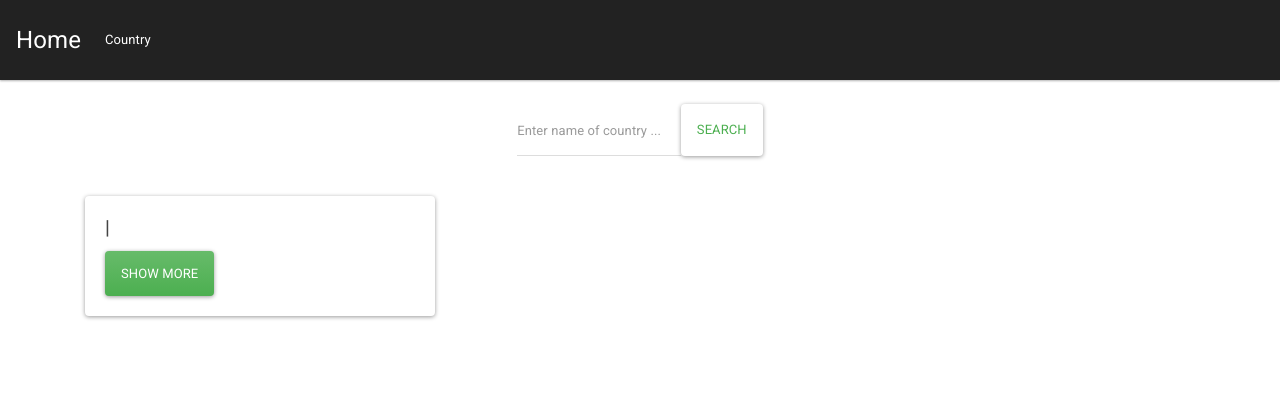
Repository: abdelhak-f/Countries_React
Page: / (app in client/)
The author's editor kept a copy of each file at every save. The page is drawn from the files as they stood at one save, then again after the next save.
The browser window is 1280 px wide. The pictures show the whole page.
The page's requests for data from a server got no answer. The project was rebuilt for these pictures with package versions that can differ from the ones it lists, and the page was loaded fresh each time. No one was signed in, and anything a server would have sent is missing. Also part of the build but not shown: client/src/components/countrys/ProfilCountry.jsx.

Above is the page before, as saved 2021-05-11 12:35:22.

### client/src/App.js
import  React from 'react';
import './App.css';
import Countries from  './components/AllCountries';
import  Navbar from './components/partials/Navbar';
import ProfileCountry from './components/countrys/ProfilCountry'
import { BrowserRouter as Router, Switch, Route} from 'react-router-dom';

function App() {
  return (
    <Router>
    <div className="App">
      <Navbar />
      <div className="container">
      <Switch>
       <Route exact path="/" component={Countries} />
       <Route path="/" component={ProfileCountry}/>
      {/* <ProfileCountry/>
      <Countries /> */}
    </Switch>
      </div>
    </div>
    </Router>
  );
}

export default App;

### client/src/components/AllCountries.jsx
import React, { Component } from 'react';
import  Country  from  './countrys/Country';
import SearchCountry from './countrys/SearchCountry';
import axios from 'axios';

class AllCountries extends Component  {

    constructor(props) {
        super(props)

        this.state = {
             countries: [
                 {

                 }
             ]
        }
    }
    getCountry = () => {
        axios.get(`https://restcountries.eu/rest/v2/all`)
                       .then(response => {
                           this.setState({
                            countries: response.data
                           })
                       })
    }
    componentDidMount() {
        this.getCountry()
    }
    searchCountry =( data) => {
         if(data != ''){
              axios.get(`https://restcountries.eu/rest/v2=${data}`)
              .then(response => {
                this.setState({
                  countries: response.data.items

                })
              })
         }
    }

  render() {
    return (
      <div>
          <div className="row   my-2">
              <div className="col-md-12">
       <SearchCountry getCountrySearch={this.searchCountry} />
              </div>
          </div>
          <div className="row">
        {this.state.countries.map (country => (
            <div className="col-md-4 mt-3 key={name.id}">
              <Country  country={country} />
               </div>
        ))}
        </div>
      </div>
    )
  }
}

export default AllCountries

### client/src/components/partials/Navbar.jsx
import React from 'react';
import { Link } from 'react-router-dom';

export default function Navbar() {
  return (
    <>
    <nav className="navbar navbar-expand-sm navbar-dark bg-dark">
        <Link className="navbar-brand" to="/">Home</Link>
        <button className="navbar-toggler d-lg-none" type="button" data-toggle="collapse" data-target="#collapsibleNavId" aria-controls="collapsibleNavId"
            aria-expanded="false" aria-label="Toggle navigation">
            <span className="navbar-toggler-icon"></span>
        </button>
        <div className="collapse navbar-collapse" id="collapsibleNavId">
            <ul className="navbar-nav mr-auto mt-2 mt-lg-0">
                <li className="nav-item active">
                    <a className="nav-link" href="#">Country <span className="sr-only">(current)</span></a>
                </li>
            </ul>

        </div>
    </nav>
    </>
  );
}

### client/src/components/countrys/Country.jsx
import React, { Component } from 'react';
import { Link } from 'react-router-dom';


  class Country extends Component{
    constructor(props) {
      super(props);
      this.state = {};
      console.log(props.data);
    }

  render() {
    return (
      <>
         <div className="card">
                   <img className="card-img-top" src= {this.props.country.flag}  alt="" />
                   <div className="card-body">
                   <h4 className="card-title">{this.props.country.alpha2Code} | {this.props.country.alpha3Code}</h4>
                       <p className="card-text">

                           <Link to={'/ProfilCountry/' +this.props.country.name} className="btn btn-success">show more</Link>

                           {/* <a href={this.props.country.regionalBlocs} className="btn btn-success ">profile</a> */}
                       </p>
                   </div>
                   </div>
      </>
    )
    }
  }


export default Country ;

### client/src/components/countrys/SearchCountry.jsx
// import React, { Component } from 'react'

// class SearchCountry extends Component {
//     state = {
//         search : ''
//     }
//     handleForm  = (e) => {
//         this.setState({
//             search:e.target.value
//         })
//     }

//     searchCountries= (e) => {
//         e.preventDefault();
//         this.props.getCountrySearch(this.state.search)
//     }
//   render() {
//       const {search} = this.state;
//     return (

//         <form onSubmit={this.searchCountries}>
//             <div className="form-group ">
//                 <input onChange={this.handleForm} value={search} placeholder='Search countries ...' id="search" type="text" className="form-control"/>
//                 </div>
//                 {/* {search} */}
//                 <button className="btn btn-danger">Search</button>
//         </form>

//     )
//   }
// }

// export default SearchCountry

/* eslint-disable array-callback-return */
/* eslint-disable react-hooks/exhaustive-deps */

import { Link } from 'react-router-dom';
import React, { useState, useEffect } from 'react';

const Codes = ({ alpha3Code, alpha2Code, flag, name}) => {

    const [Data, setData] = useState([])
    const [input, setInput] = useState('')
    const [output, setOutput] = useState([])

    // get data
    useEffect(() => {
        fetch('https://restcountries.eu/rest/v2/all')
            .then(res => res.json())
            .then(data => setData(data));
    }, [])

    // filter data

    useEffect(() => {
        setOutput([])
        Data.filter(val => {
            if (val.alpha3Code.toUpperCase().includes(input.toUpperCase())) {
                setOutput(output => [...output, val])
            }
        })

    }, [input]);

    return (
        <div>
            <div className="container-fluid w-25 p-3">
                <form className="d-flex">
                    <input onChange={e => setInput(e.target.value)} className="form-control" type="search" placeholder="Enter name of country ..." aria-label="Search" />
                    <button className="btn btn-outline-success" type="submit">Search</button>
                </form>
            </div>

            <div className="card">
                {Codes && output.map((res, index) => (
                    <>
                        <div key={index} className='country'>
                            <div className="country-image">
                                <img src={res.flag} alt="flag" />
                            </div>
                             <div className='country-detail'>
                                <p>{res.alpha3Code} </p>
                                <p>{res.alpha2Code}</p>
                                <Link to={`/ProfilCountry/${res.name}`}>
                                    <button className="btn btn-success">show more</button>
                                </Link>

                            </div>
                        </div>
                    </>
                ))}
            </div>
        </div>
    );
}

export default Codes;

Loaded but not shown: client/public/index.html (common file); client/src/index.js (common file); client/src/App.css (library)

After the next save:
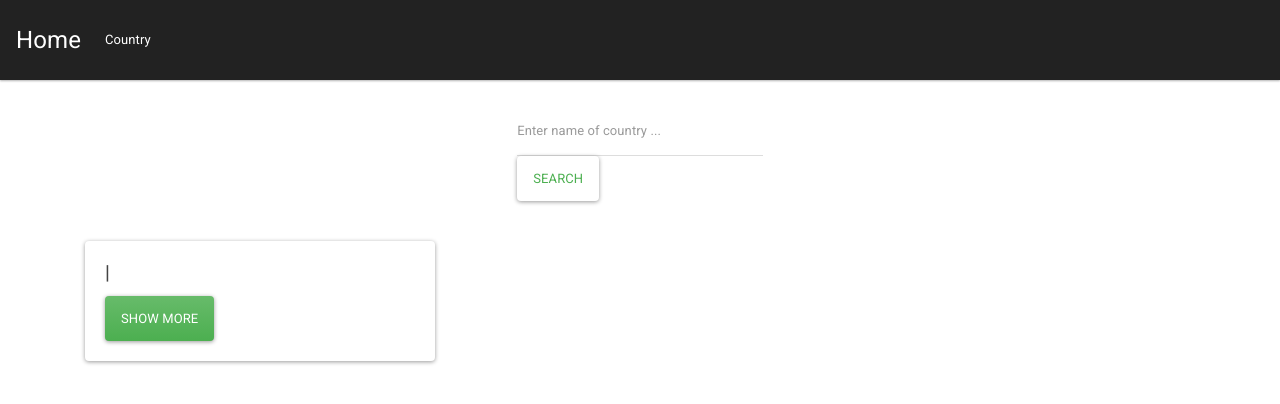
Saved 18 s later.
--- a/client/src/components/countrys/SearchCountry.jsx
+++ b/client/src/components/countrys/SearchCountry.jsx
@@ -66,7 +66,7 @@ const Codes = ({ alpha3Code, alpha2Code, flag, name}) => {
     return (
         <div>
             <div className="container-fluid w-25 p-3">
-                <form className="d-flex">
+                <form className="">
                     <input onChange={e => setInput(e.target.value)} className="form-control" type="search" placeholder="Enter name of country ..." aria-label="Search" />
                     <button className="btn btn-outline-success" type="submit">Search</button>
                 </form>
